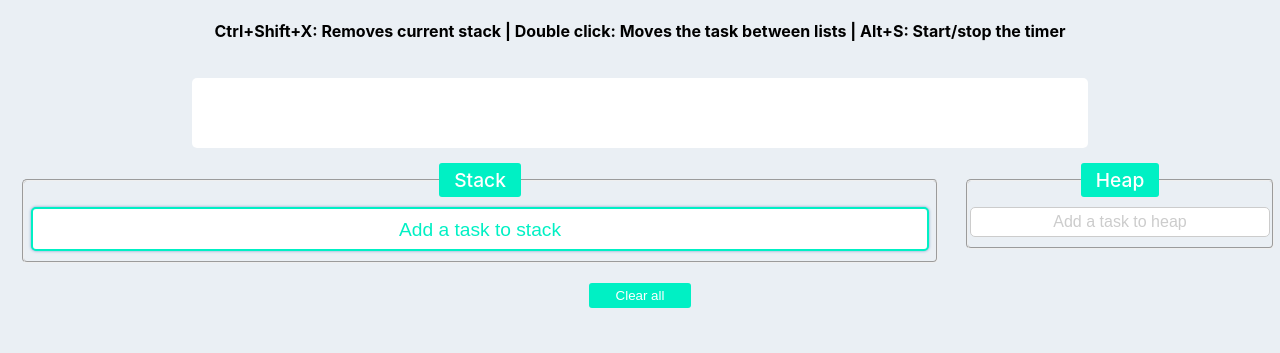
Repository: litalsh/meeting_v1
Page: /
An editor plug-in stored every save of this project. The page is shown before and after the next save, followed by the edit.
The browser window is 1280 px wide. The pictures show the whole page.
The project was rebuilt for these pictures with package versions that can differ from the ones it lists, and the page was loaded fresh each time. Also part of the build but not shown: src/Task.js.

Above is the page before, as saved 2020-12-13 19:09:46.

After the next save:
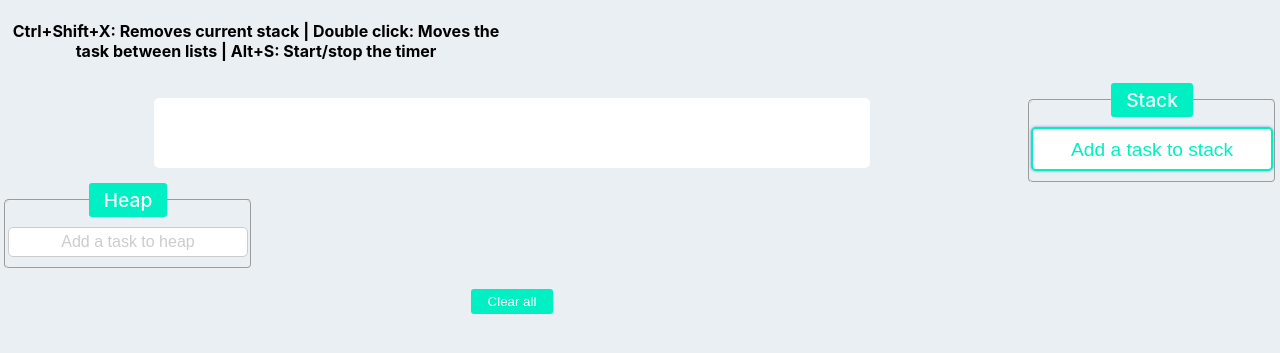
Saved 45 s later.
--- a/src/App.css
+++ b/src/App.css
@@ -8,7 +8,7 @@ h4 {
 
 .container {
   display: grid;
-  grid-template-columns: 3fr 1fr;
+  grid-template-columns: 20% 20% 20% 20% 20%;
 }
 
 .current-task {
@@ -84,7 +84,7 @@ li {
 }
 
 .heap_item {
-  width: 98%;
+  width: 20%;
   line-height: 1.8em;
   margin: 3px auto;
   position: relative;
